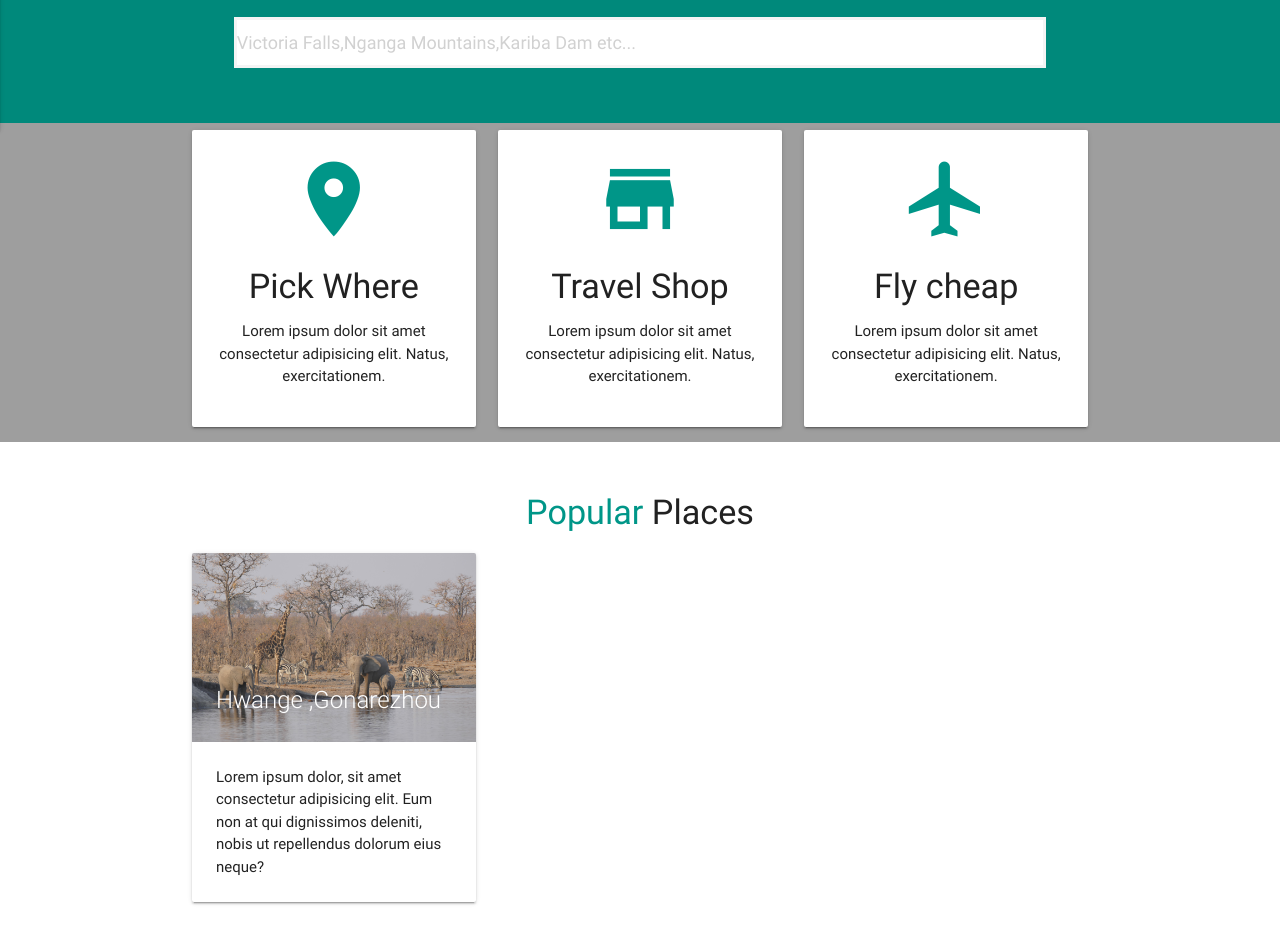
Repository: farrdy/materialize_website1_zim
Page: index.html
An editor plug-in stored every save of this project. The page is shown before and after the next save, followed by the edit.
The browser window is 1280 px wide. The pictures show the part of the page from y = 650 to 1602 px (the page is 1602 px tall).
Some web libraries are served in a nearby version.

Above is the page before, as saved 2020-01-01 22:34:15.

### index.html
<!DOCTYPE html>
<html>
  <head>
    <!--Import Google Icon Font-->
    <link
      href="https://fonts.googleapis.com/icon?family=Material+Icons"
      rel="stylesheet"
    />
    <!--Import materialize.css-->
    <link
      type="text/css"
      rel="stylesheet"
      href="css/materialize.min.css"
      media="screen,projection"
    />
    <link type="text/css" rel="stylesheet" href="css/main.css" />
    <script
      src="https://kit.fontawesome.com/04d0fe07bd.js"
      crossorigin="anonymous"
    ></script>

    <!--Let browser know website is optimized for mobile-->
    <meta name="viewport" content="width=device-width, initial-scale=1.0" />
    <title>Custom Materialize Theme</title>
  </head>

  <body>
    <div class="navbar-fixed">
      <nav class="teal">
        <div class="container">
          <div class="nav-wrapper">
            <a href="#Home" class="brand-logo">Zimbabwe Travelville</a>
            <a href="#" data-activates="mobile-nav" class="button-collapse">
              <i class="material-icons">menu</i>
            </a>
            <ul class=" right hide-on-med-and-down">
              <li><a href="#home">Home</a></li>
              <li><a href="#search">Search</a></li>
              <li><a href="#popular">Popular Places</a></li>
              <li><a href="#gallery">Gallery</a></li>
              <li><a href="#contact">Contact</a></li>
            </ul>
          </div>
        </div>
      </nav>
    </div>
    <ul class="side-nav" id="mobile-nav">
      <li><a href="#home">Home</a></li>
      <li><a href="#search">Search</a></li>
      <li><a href="#popular">Popular Places</a></li>
      <li><a href="#gallery">Gallery</a></li>
      <li><a href="#contact">Contact</a></li>
    </ul>

    <section class="slider">
      <ul class="slides">
        <li>
          <img src="img/resort1.jpg" alt="" />
          <div class="caption center-align">
            <h2>Take your dream vacation</h2>
            <h5 class="light grey-text  text-lighten-3 hide-on-small-only">
              Lorem ipsum, dolor sit amet consectetur adipisicing elit. Ipsam
              culpa optio explicabo! Facilis iure dolorem exercitationem
            </h5>
            <a href="#" class="btn btn-large">Learn More</a>
          </div>
        </li>
        <li>
          <img src="img/resort2.jpg" alt="" />
          <div class="caption left-align">
            <h2>We works with all budgets</h2>
            <h5 class="light grey-text  text-lighten-3 hide-on-small-only">
              Lorem ipsum, dolor sit amet consectetur adipisicing elit. Ipsam
              culpa optio explicabo! Facilis iure dolorem exercitationem
            </h5>
            <a href="#" class="btn btn-large">Learn More</a>
          </div>
        </li>
        <li>
          <img src="img/resort3.jpg" alt="" />
          <div class="caption right-align">
            <h2>Group & Individual Getaways</h2>
            <h5 class="light grey-text  text-lighten-3 hide-on-small-only">
              Lorem ipsum, dolor sit amet consectetur adipisicing elit. Ipsam
              culpa optio explicabo! Facilis iure dolorem exercitationem
            </h5>
            <a href="#" class="btn btn-large">Learn More</a>
          </div>
        </li>
      </ul>
    </section>

    <!-- Section :Search -->
    <section class="section section-search teal darken-1 white-text center">
      <div class="container">
        <div class="row">
          <div class="col s12">
            <h3>Search Destinations</h3>
            <div class="input-field">
              <input
                type="text"
                class="white grey-text autocomplete"
                placeholder="Victoria Falls,Nganga Mountains,Kariba Dam etc..."
                id="autocomplete-input"
              />
            </div>
          </div>
        </div>
      </div>
    </section>
    <!-- Section :Icon Boxes -->

    <section class="section-icons grey light-4 center">
      <div class="container">
        <div class="row">
          <div class="col s12 m4">
            <div class="card-panel">
              <i class="material-icons large teal-text">room</i>
              <h4>Pick Where</h4>
              <p>
                Lorem ipsum dolor sit amet consectetur adipisicing elit. Natus,
                exercitationem.
              </p>
            </div>
          </div>
          <div class="col s12 m4">
            <div class="card-panel">
              <i class="material-icons large teal-text">store</i>
              <h4>Travel Shop</h4>
              <p>
                Lorem ipsum dolor sit amet consectetur adipisicing elit. Natus,
                exercitationem.
              </p>
            </div>
          </div>
          <div class="col s12 m4">
            <div class="card-panel">
              <i class="material-icons large teal-text">airplanemode_active</i>
              <h4>Fly cheap</h4>
              <p>
                Lorem ipsum dolor sit amet consectetur adipisicing elit. Natus,
                exercitationem.
              </p>
            </div>
          </div>
        </div>
      </div>
    </section>

    <!-- Section:Popular -->

    <section class=" section section-popular">
      <div class="container">
        <div class="row">
          <h4 class="center">
            <span class="teal-text">Popular</span>
            Places
          </h4>
          <div class="col s12 m4">
            <div class="card">
              <div class="card-image">
                <img src="img/resort2.jpg" alt="" />
                <span class="card-title">Hwange ,Gonarezhou</span>
              </div>
              <div class="card-content">
                <p>
                  Lorem ipsum dolor, sit amet consectetur adipisicing elit. Eum
                  non at qui dignissimos deleniti, nobis ut repellendus dolorum
                  eius neque?
                </p>
              </div>
            </div>
          </div>
        </div>
      </div>
    </section>

    <!--Import jQuery before materialize.js-->
    <script
      type="text/javascript"
      src="https://code.jquery.com/jquery-3.2.1.min.js"
    ></script>
    <script type="text/javascript" src="js/materialize.min.js"></script>

    <script>
      $(document).ready(function() {
        // Custom JS & jQuery here
        $(".button-collapse").sideNav();

        $(".slider").slider({
          indicators: false,
          height: 500,
          transition: 500,
          interval: 6000
        });

        $(".autocomplete").autocomplete({
          data: {
            Nyanga: null,
            Kariba: null,
            "Victoria Falls": null,
            "Gonarezhouu National park": null,
            "Hwange National Park": null,
            "Manapools National Park": null,
            Chimanimani: null
          }
        });
      });
    </script>
  </body>
</html>

### css/main.css
.slider .btn {
  margin-top: 20px;
}

.section-search input {
  padding: 5x !important;
  font-size: 18px !important;
  width: 90% !important;
  border: #f4f4f4 3px solid !important;
}

.autocomplete-content {
  position: absolute;
  width: 100%;
  text-align: center;
}

Loaded but not shown: css/materialize.min.css (library); js/materialize.min.js (library)

After the next save:
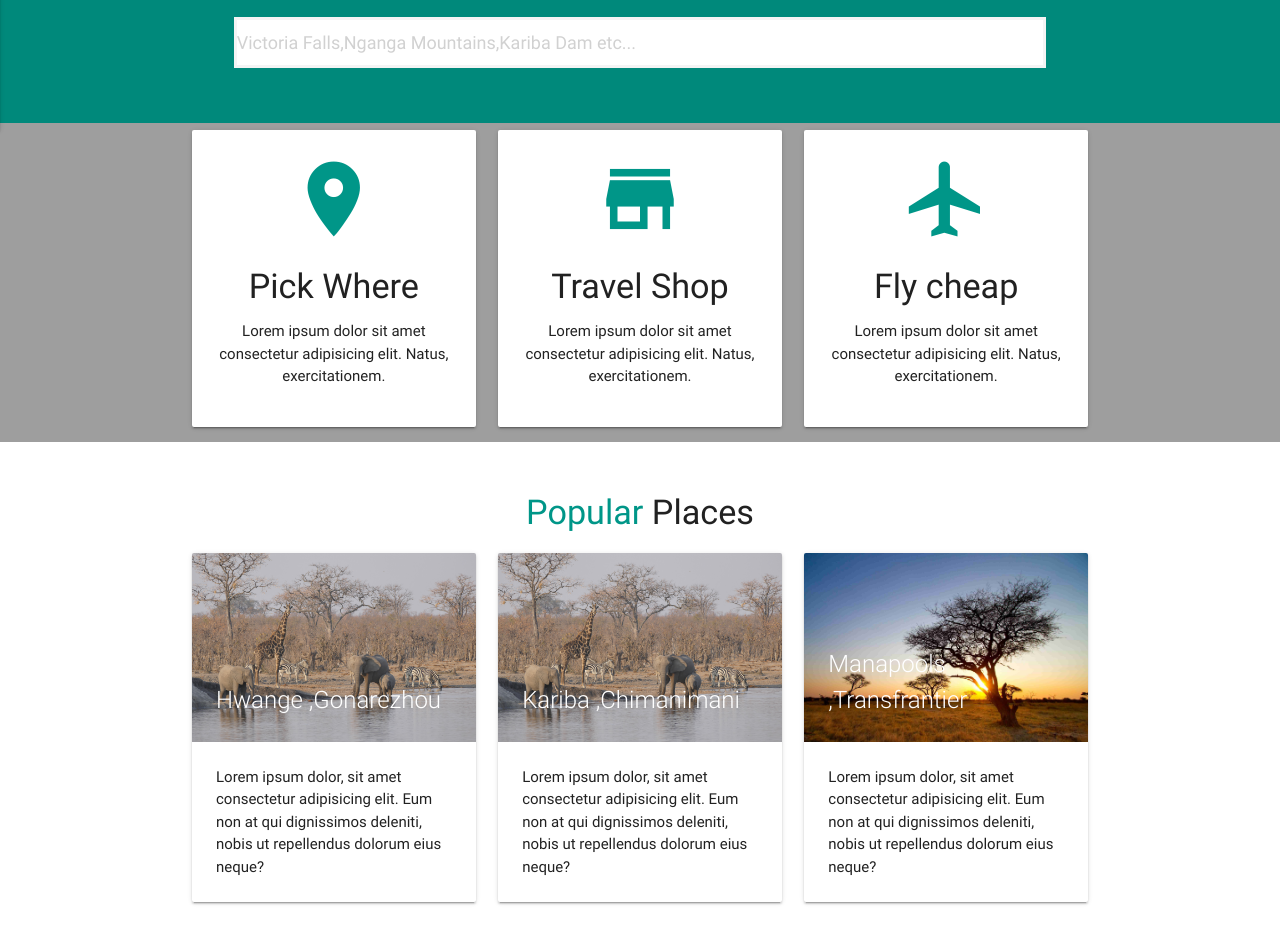
Saved 2 min 18 s later.
--- a/index.html
+++ b/index.html
@@ -171,6 +171,36 @@
               </div>
             </div>
           </div>
+          <div class="col s12 m4">
+            <div class="card">
+              <div class="card-image">
+                <img src="img/resort2.jpg" alt="" />
+                <span class="card-title">Kariba ,Chimanimani</span>
+              </div>
+              <div class="card-content">
+                <p>
+                  Lorem ipsum dolor, sit amet consectetur adipisicing elit. Eum
+                  non at qui dignissimos deleniti, nobis ut repellendus dolorum
+                  eius neque?
+                </p>
+              </div>
+            </div>
+          </div>
+          <div class="col s12 m4">
+            <div class="card">
+              <div class="card-image">
+                <img src="img/resort3.jpg" alt="" />
+                <span class="card-title">Manapools ,Transfrantier</span>
+              </div>
+              <div class="card-content">
+                <p>
+                  Lorem ipsum dolor, sit amet consectetur adipisicing elit. Eum
+                  non at qui dignissimos deleniti, nobis ut repellendus dolorum
+                  eius neque?
+                </p>
+              </div>
+            </div>
+          </div>
         </div>
       </div>
     </section>
